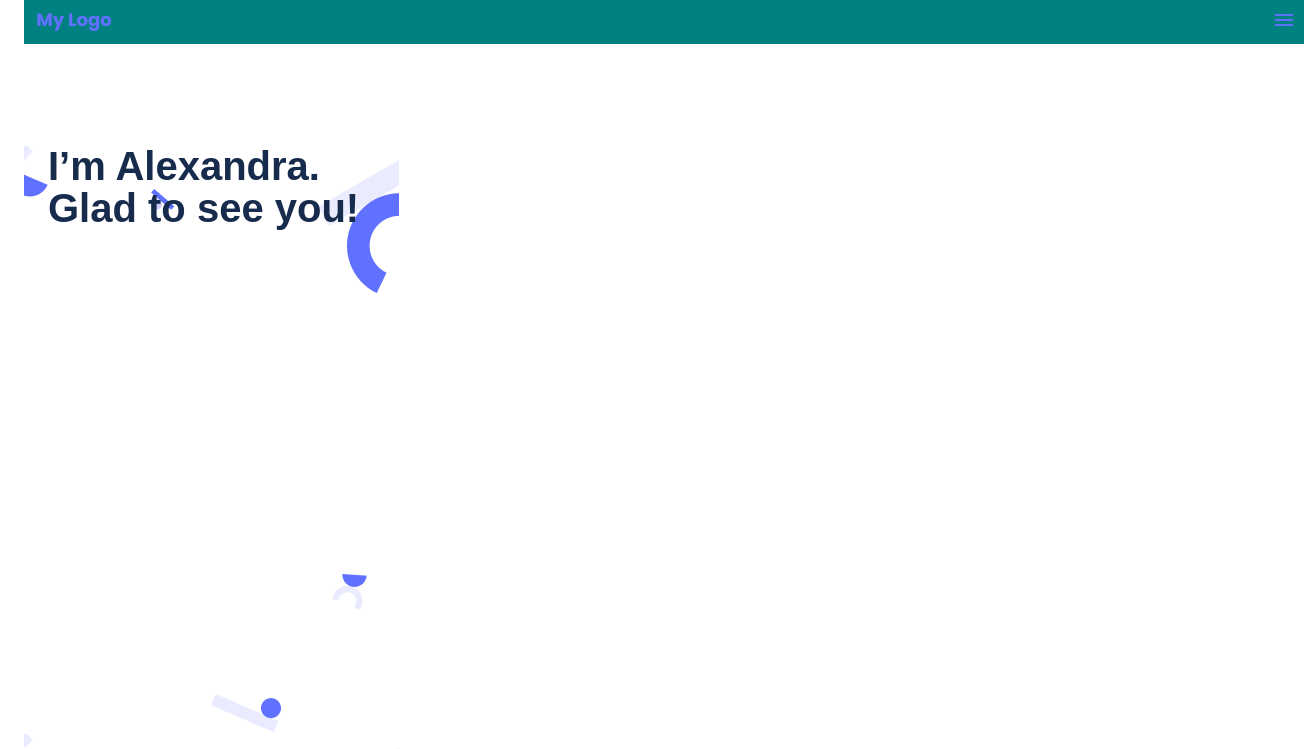
Repository: Paulinelali/potfoilo.github.io
Page: public/index.html
These files come from the project's save history. The page is drawn as it stood at one moment and after the next save; the edit follows.
The browser window is 1280 px wide. The page is 1304 px wide, then 1280 px, so the pictures cover 1304 px, including what lies to the right of the window. The pictures show the whole page.

Above is the page before, as saved 2023-03-24 21:54:25.

After the next save:
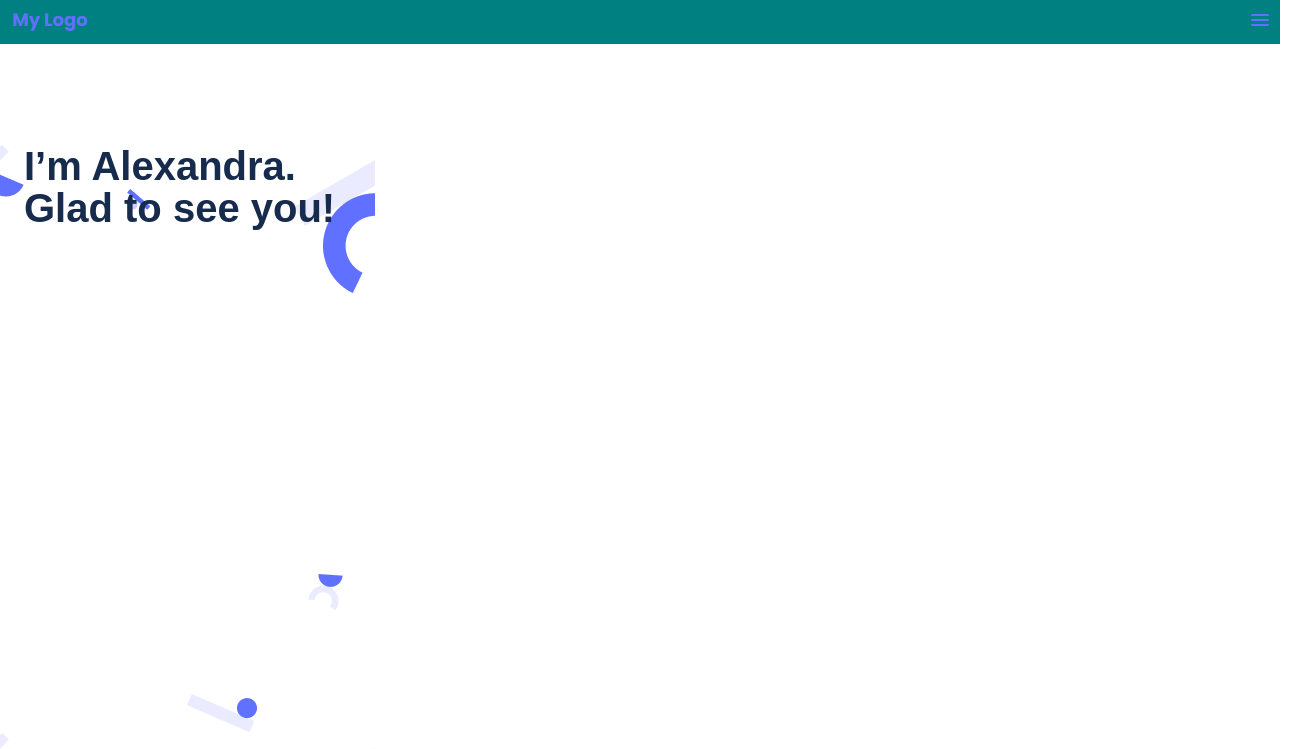
Saved 18 s later.
--- a/styles/style.css
+++ b/styles/style.css
@@ -3,9 +3,7 @@
     padding: 0px;
     margin: 0px;
 }
-body{
-    margin: 0px 24px;
-}
+
 
 .header-inner{
     background-color: teal;
